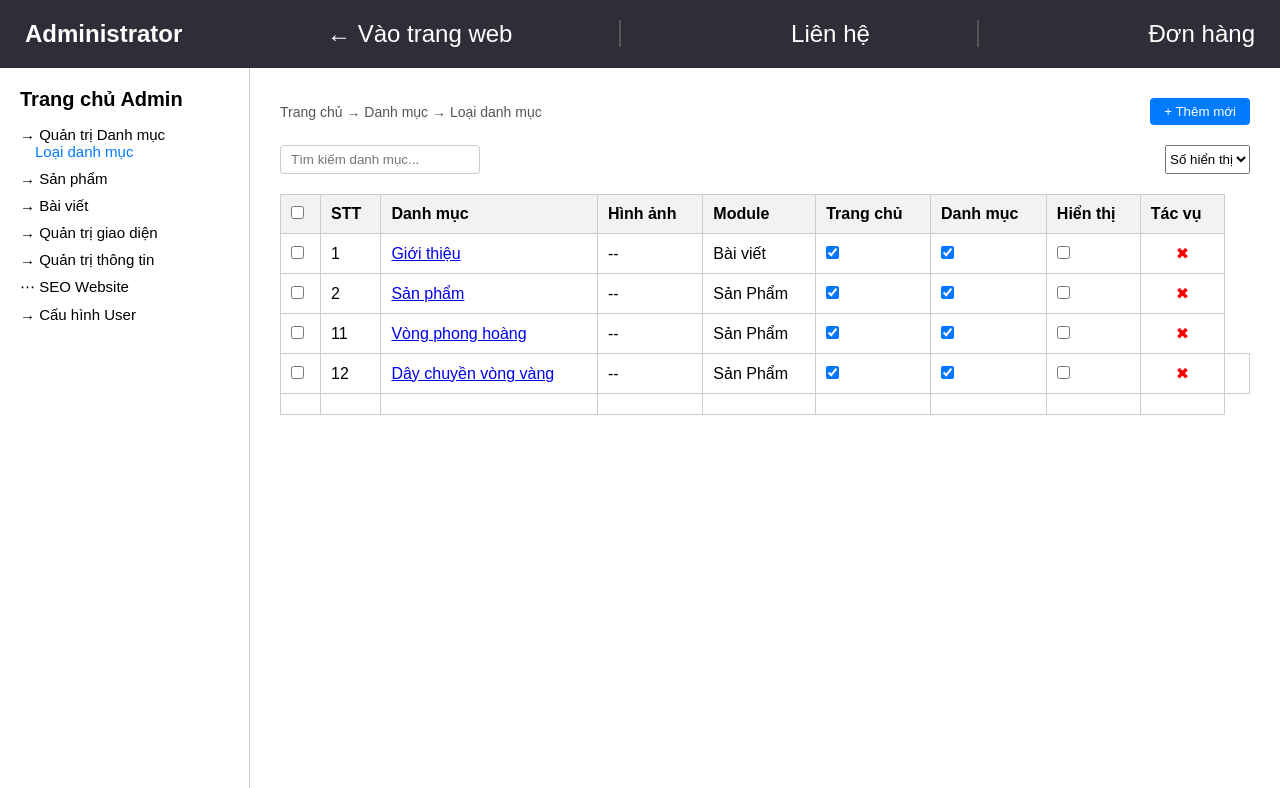
Repository: TranTanDat0606/Du-An-1
Page: Admin]/admin.html
An editor plug-in stored every save of this project. The page is shown before and after a run of saves, followed by the edit.
The browser window is 1280 px wide. The pictures show the whole page.

Above is the page before, as saved 2025-07-30 15:14:27.

After the next 2 saves:
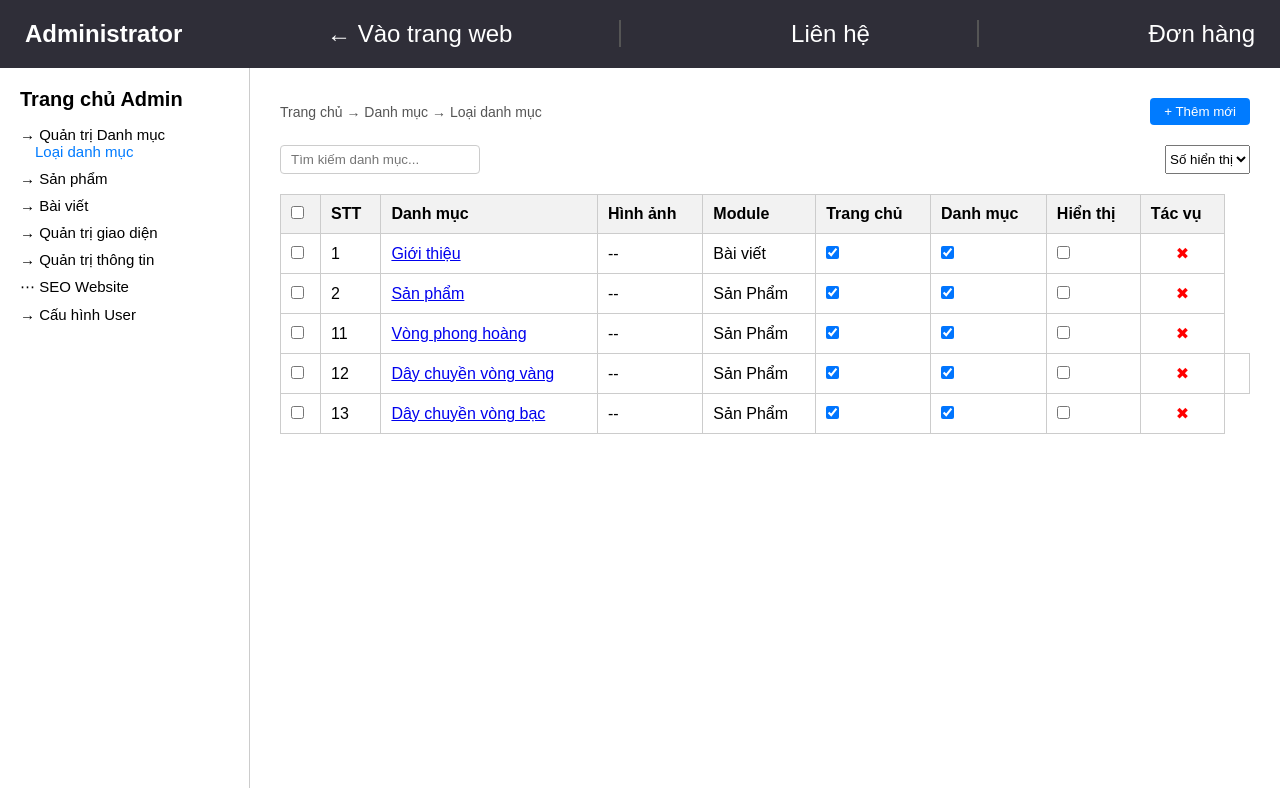
The 2 saves are shown as one change because they came seconds apart.
The last was saved 9 s later.
--- a/Admin]/admin.html
+++ b/Admin]/admin.html
@@ -104,15 +104,19 @@
         <td></td>
     </tr>
     <tr>
-        <td></td>
-        <td></td>
-        <td></td>
-        <td></td>
-        <td></td>
-        <td></td>
-        <td></td>
-        <td></td>
-        <td></td>
+        <td><input type="checkbox" /></td>
+        <td>13</td>
+        <td><a href="#">Dây chuyền vòng bạc</a></td>
+        <td>--</td>
+        <td>Sản Phẩm</td>
+        <td><input type="checkbox" checked /></td>
+        <td><input type="checkbox" checked /></td>
+        <td><input type="checkbox" /></td>
+        <td class="text-danger">✖</td>
+
+
+
+
     </tr>
         </tbody>
     </table>
